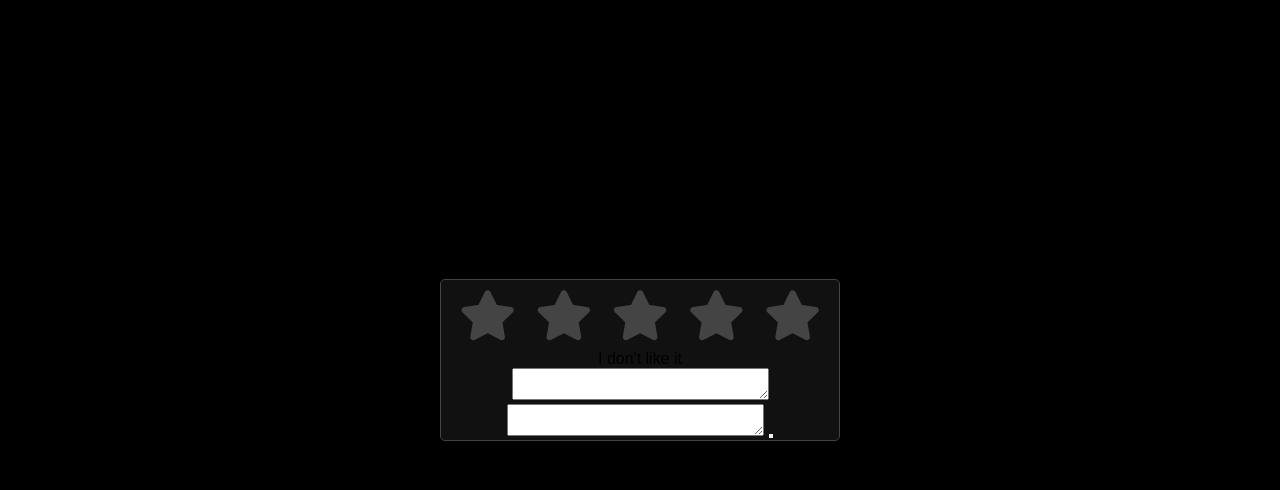
Repository: Suryansh-D/Star-Ratings
Page: index.html
An editor plug-in stored every save of this project. The page is shown before and after the next save, followed by the edit.
The browser window is 1280 px wide. The pictures show the whole page.

Above is the page before, as saved 2024-02-03 09:47:02.

### index.html
<!DOCTYPE html>
<html lang="en">
<head>
    <meta charset="UTF-8">
    <meta name="viewport" content="width=device-width, initial-scale=1.0">
    <title>Document</title>
</head>
<link rel="stylesheet" href="style.css">
<link rel="stylesheet" href="https://cdnjs.cloudflare.com/ajax/libs/font-awesome/5.15.3/css/all.min.css">
<body>
    <div class="container">
        <div class="stars">
            <input type="radio" name="rate" id="rate-5">
            <label for="rate-5" class="fas fa-star"></label>
            <input type="radio" name="rate" id="rate-4">
            <label for="rate-4" class="fas fa-star"></label>
            <input type="radio" name="rate" id="rate-3">
            <label for="rate-3" class="fas fa-star"></label>
            <input type="radio" name="rate" id="rate-2">
            <label for="rate-2" class="fas fa-star"></label>
            <input type="radio" name="rate" id="rate-1">
            <label for="rate-1" class="fas fa-star"></label>
            <form action="#">
                <header>I don't like it</header>
                <div class="textarea">
                <textarea cols="30"></textarea>
                </div>
                    <div class="btn">
                        <textarea cols="30"></textarea>
                        <button type="submit">
        </div>
    </div>
    <script></script>
</body>
</html>

### style.css
@import url('https://fonts.googleapis.com/css?family=Roboto:400,700');
* {
  margin: 0;
  padding: 0;
  box-sizing: border-box;
  font-family:'Poppins', sans-serif;
}
html, body {
  height: 100%;
  background-color: #000;
  place-items: center;
  display: grid;
  text-align: center;
}

.container {
  width: 400px;
  background: #111;
    padding: 20px , 30px;
    border: 1px solid #444;
    border-radius: 5px;
    display: flex;
    flex-direction: column;
    align-items: center;
    justify-content: center;
}
.container .stars input{
    display: none;
}
.stars label{
    font-size: 50px;
    color: #444;
    cursor: pointer;
    transition: all 0.2s ease;
    float: right;
    padding: 10px;

}
.stars input:not(:checked) ~ label:hover ,
.stars input:not(:checked) ~ label:hover ~ label{
    color: #ffcc00;
}
.stars input:checked ~ label{
    color: #ffcc00;
}
input#rate-5:checked ~ label#rate-5 ~ label#rate-4 ~ label#rate-3 ~ label#rate-2 ~ label#rate-1{
    color: #ffe7;
    text-shadow: 0 0 20px #952;
}

After the next save:
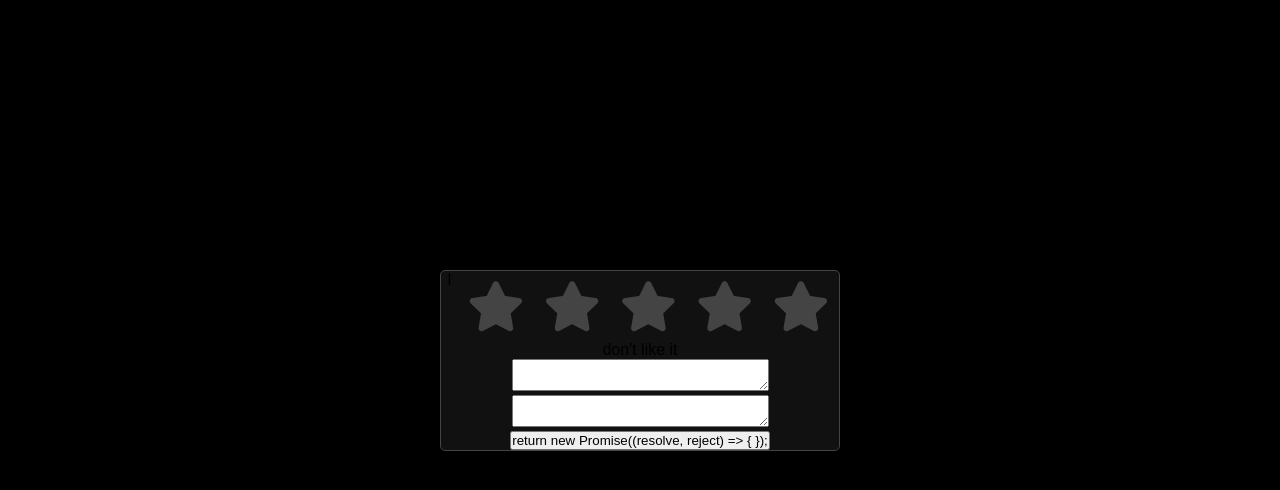
Saved 6 s later.
--- a/index.html
+++ b/index.html
@@ -27,7 +27,9 @@
                 </div>
                     <div class="btn">
                         <textarea cols="30"></textarea>
-                        <button type="submit">
+                        <button type="submit">return new Promise((resolve, reject) => {
+
+                        });
         </div>
     </div>
     <script></script>
